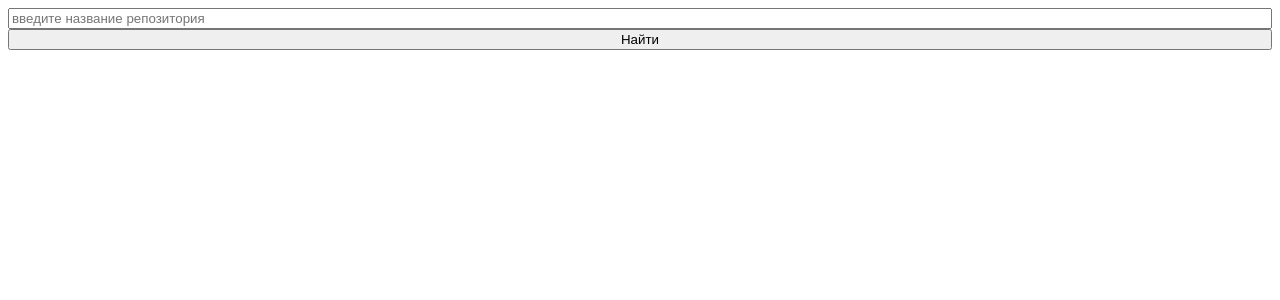
Repository: Grid-Master/repositoriesSearch
Page: index.html
The author's editor kept a copy of each file at every save. The page is drawn from the files as they stood at one save, then again after the next save.
The browser window is 1280 px wide. The pictures show the whole page.
The page's requests for data from a server got no answer.

Above is the page before, as saved 2023-03-05 19:46:13.

### index.html
<!DOCTYPE html>
<html lang="en">
  <head>
    <meta charset="UTF-8" />
    <meta http-equiv="X-UA-Compatible" content="IE=edge" />
    <meta name="viewport" content="width=device-width, initial-scale=1.0" />
    <title>git</title>
    <style>
      form {
        display: flex;
        flex-direction: column;
      }
    </style>
  </head>
  <body>
    <form>
      <input type="text" placeholder="введите название репозитория" />
      <button type="submit">Найти</button>
    </form>
    <script src="./script.js"></script>
  </body>
</html>

### script.js
let repositories = [];
const token = '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';

async function getRepositories() {
  let response = await fetch(`https://api.github.com/repositories`, {
    headers: {
      Authorization: `Bearer ${token}`,
    },
  });

  repositories = await response.json();
}

async function func1() {
  await getRepositories();
  console.log(repositories);
  console.log(repositories.length);
}

func1();

After the next save:
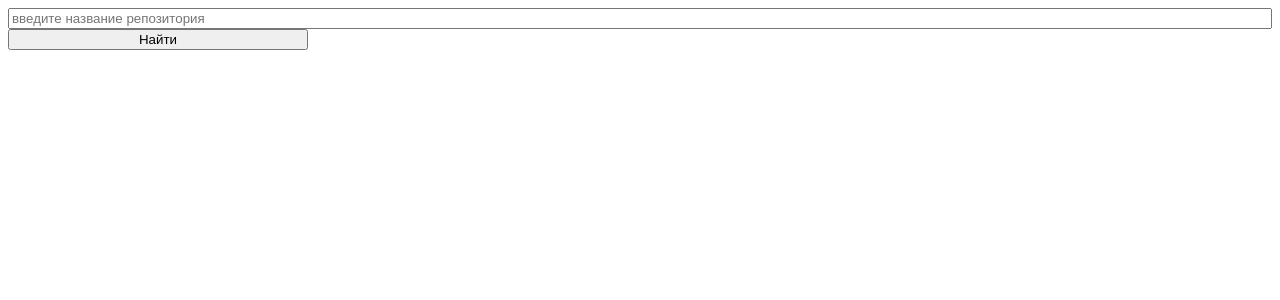
Saved 16 s later.
--- a/index.html
+++ b/index.html
@@ -10,6 +10,9 @@
         display: flex;
         flex-direction: column;
       }
+      button {
+        width: 300px;
+      }
     </style>
   </head>
   <body>
